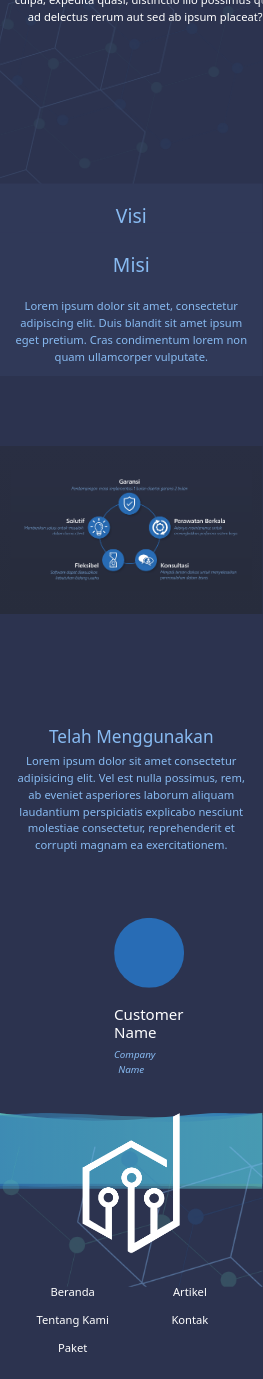
Repository: alfathard/dniztechno
Page: resources/views/about.blade.php
These files come from the project's save history. The page is drawn as it stood at one moment and after the next save; the edit follows.
The browser window is 375 px wide. The pictures show the part of the page from y = 403 to 2643 px (the page is 2373 px tall before and 2643 px after), at 70% of full size.
The page is served by the project's Laravel application, run on PHP 8.4 with Laravel 8. The template is opened directly, without the code that normally fills it, so the values that code supplies are empty.

Above is the page before, as saved 2025-03-20 09:47:26.
Console error: ReferenceError: $ is not defined

After the next save:
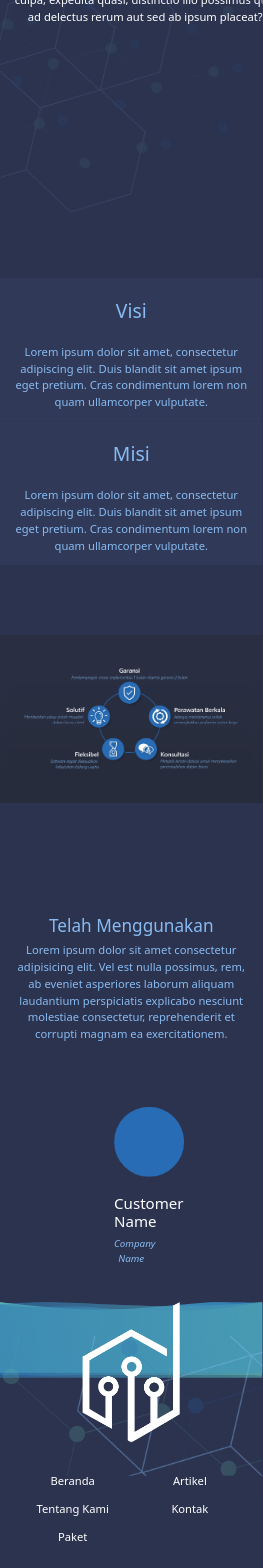
Saved 3 min 26 s later.
--- a/public/css/style.css
+++ b/public/css/style.css
@@ -1210,4 +1210,9 @@ a {
     background-size: 100%;
     margin: auto;
 }
-}
+
+.visimisi-box{
+    margin: 0;
+
+}
+}
